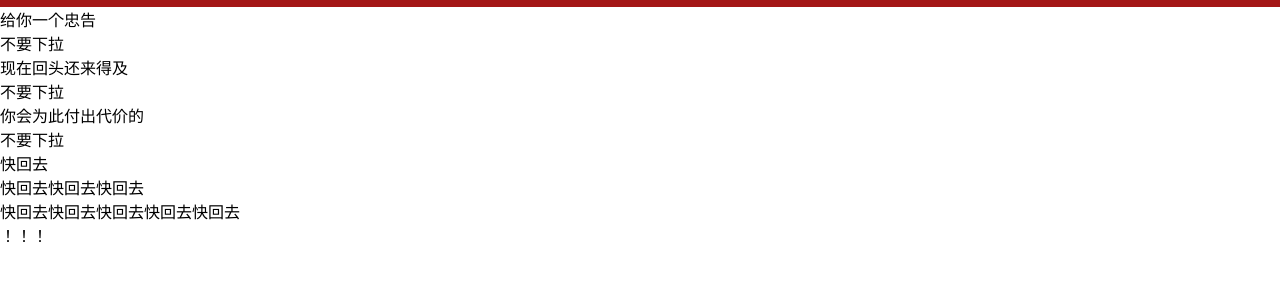
Repository: PUYIXIU/CSSMagic
Page: Animation/ScrollDrivenAnimation/index.html
The author's editor kept a copy of each file at every save. The page is drawn from the files as they stood at one save, then again after the next save.
The browser window is 1280 px wide. The pictures show the whole page.

Above is the page before, as saved 2024-09-03 10:20:18.

After the next save:
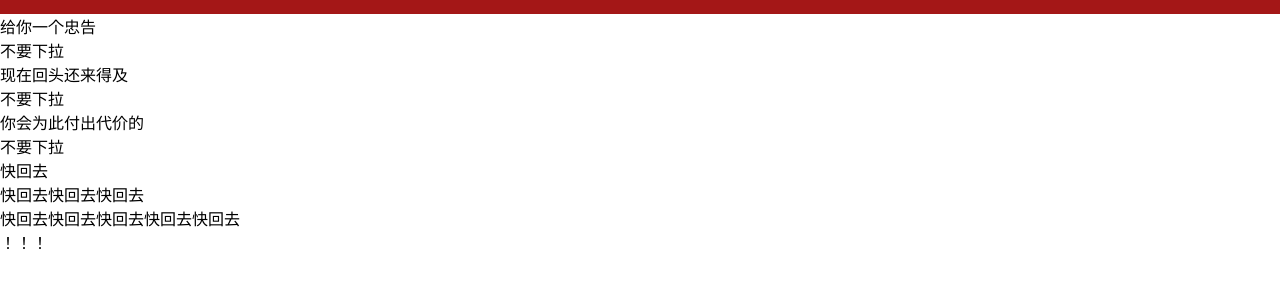
Saved 19 s later.
--- a/Animation/ScrollDrivenAnimation/index.html
+++ b/Animation/ScrollDrivenAnimation/index.html
@@ -7,7 +7,7 @@
     <link rel="stylesheet" href="../../assets/styles/reset.css">
     <style>
         .progress-bar{
-            height:1vmin;
+            height:2vmin;
             background-color: rgb(164, 23, 23);
         }
         .kanban{
